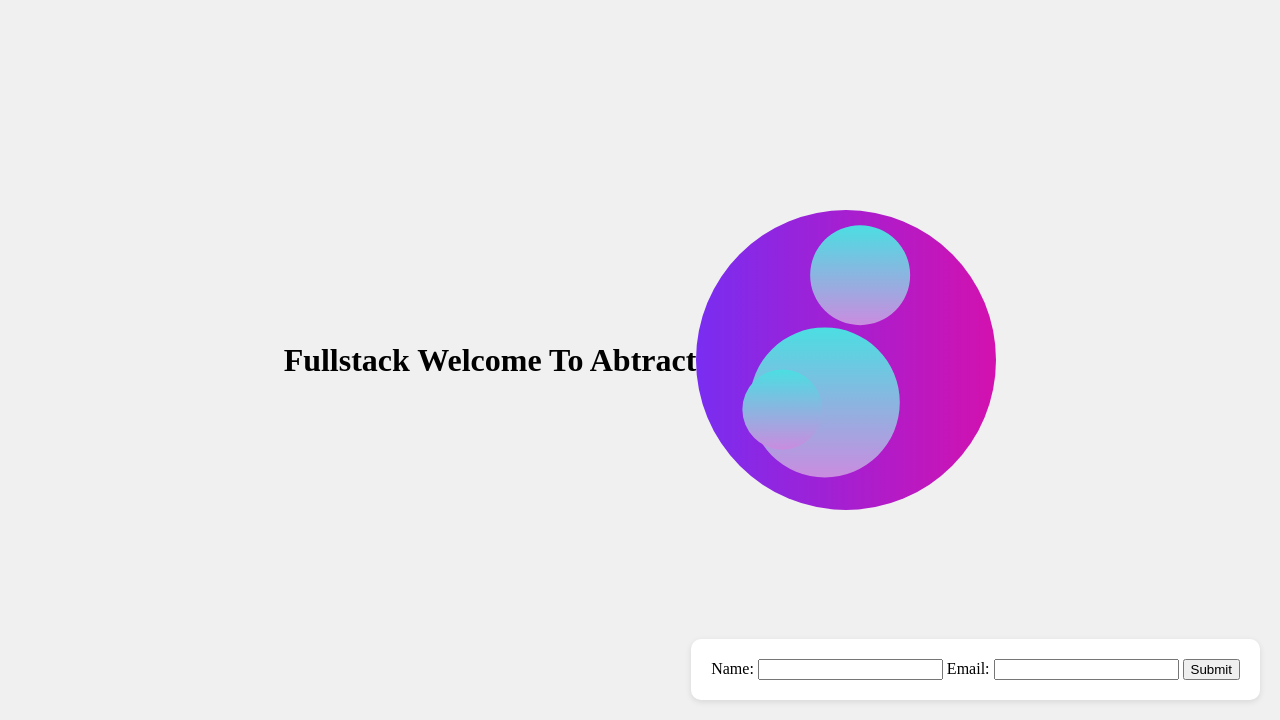
Repository: Melinda-Nanjad-Personal-Website/Personal-web
Page: picasso.html
These files come from the project's save history. The page is drawn as it stood at one moment and after the next save; the edit follows.
The browser window is 1280 px wide. The pictures show the whole page.

Above is the page before, as saved 2023-08-18 13:12:47.

### picasso.html
<!DOCTYPE html>
<html lang="en">
  <head>
    <meta charset="UTF-8" />
    <meta name="viewport" content="width=device-width, initial-scale=1.0" />
    <title>Document</title>
  </head>
  <link rel="stylesheet" href="picasso.css" />
  <body>
    <h1>Fullstack Welcome To Abtract</h1>

    <div class="artwork">
      <!-- Your abstract artwork goes here -->
    </div>

    <form class="interested-form" action="formsubmitted.html">
      <label for="name">Name:</label>
      <input type="text" id="name" name="name" required />

      <label for="email">Email:</label>
      <input type="email" id="email" name="email" required />

      <button type="submit">Submit</button>
    </form>
    <!DOCTYPE html>
    <html>
      <head>
        <title>Abstract Painting with CSS</title>
        <style>
          body {
            margin: 0;
            display: flex;
            align-items: center;
            justify-content: center;
            min-height: 100vh;
            background-color: #f0f0f0;
          }

          .abstract-painting {
            width: 300px;
            height: 300px;
            background: linear-gradient(45deg, #6633ff, #e60ba1);
            border-radius: 50%;
            position: relative;
            transform: rotate(45deg);
            overflow: hidden;
          }

          .circle {
            position: absolute;
            width: 100px;
            height: 100px;
            background: linear-gradient(-45deg, #e47bdf, #31efe2);
            border-radius: 50%;
          }

          .circle-1 {
            top: 30px;
            left: 50px;
          }

          .circle-2 {
            top: 120px;
            right: 60px;
            width: 150px;
            height: 150px;
          }

          .circle-3 {
            bottom: 30px;
            left: 100px;
            width: 80px;
            height: 80px;
          }

          /* Styling for the form */
          .interested-form {
            position: fixed;
            bottom: 20px;
            right: 20px;
            background-color: rgb(255, 255, 255);
            padding: 20px;
            border-radius: 10px;
            box-shadow: 0 2px 6px rgba(0, 0, 0, 0.1);
            z-index: 10; /* Ensure the form is on top */
          }
        </style>
      </head>
      <body>
        <div class="abstract-painting">
          <div class="circle circle-1"></div>
          <div class="circle circle-2"></div>
          <div class="circle circle-3"></div>
        </div>
      </body>
    </html>
  </body>
</html>

### picasso.css
/* Reset some default styles */
body,
h1,
h2,
p {
  margin: 0;
  padding: 0;
}

/* Create a container for the artwork */
.artwork {
  display: flex;
  justify-content: center;
  align-items: center;
  min-height: 100vh; /* Viewport height */
  background-color: #a74cd1;
}

.abstract-painting {
  width: 300px;
  height: 300px;
  background: linear-gradient(45deg, #29dedb, #008cba);
  border-radius: 50%;
  position: relative;
  transform: rotate(45deg);
  overflow: hidden;
}

.circle {
  position: absolute;
  width: 100px;
  height: 100px;
  background: linear-gradient(-45deg, #c951b3, #e23d88);
  border-radius: 50%;
}

.circle-1 {
  top: 30px;
  left: 50px;
}

.circle-2 {
  top: 120px;
  right: 60px;
  width: 150px;
  height: 150px;
}

.circle-3 {
  bottom: 30px;
  left: 100px;
  width: 80px;
  height: 80px;
}

/* Styling for the form */
.interested-form {
  position: fixed;
  bottom: 20px;
  right: 20px;
  background-color: rgb(255, 255, 255);
  padding: 20px;
  border-radius: 10px;
  box-shadow: 0 2px 6px rgba(0, 0, 0, 0.1);
  z-index: 10; /* Ensure the form is on top */
}

/* Apply responsive design using media queries */
@media screen and (max-width: 1680px) {
  .artwork {
    background-color: #eee;
  }
}

@media screen and (max-width: 1024px) {
  .interested-form {
    bottom: 10px;
    right: 10px;
  }
}

@media screen and (max-width: 480px) {
  .interested-form {
    bottom: 5px;
    right: 5px;
    padding: 10px;
  }
}

After the next save:
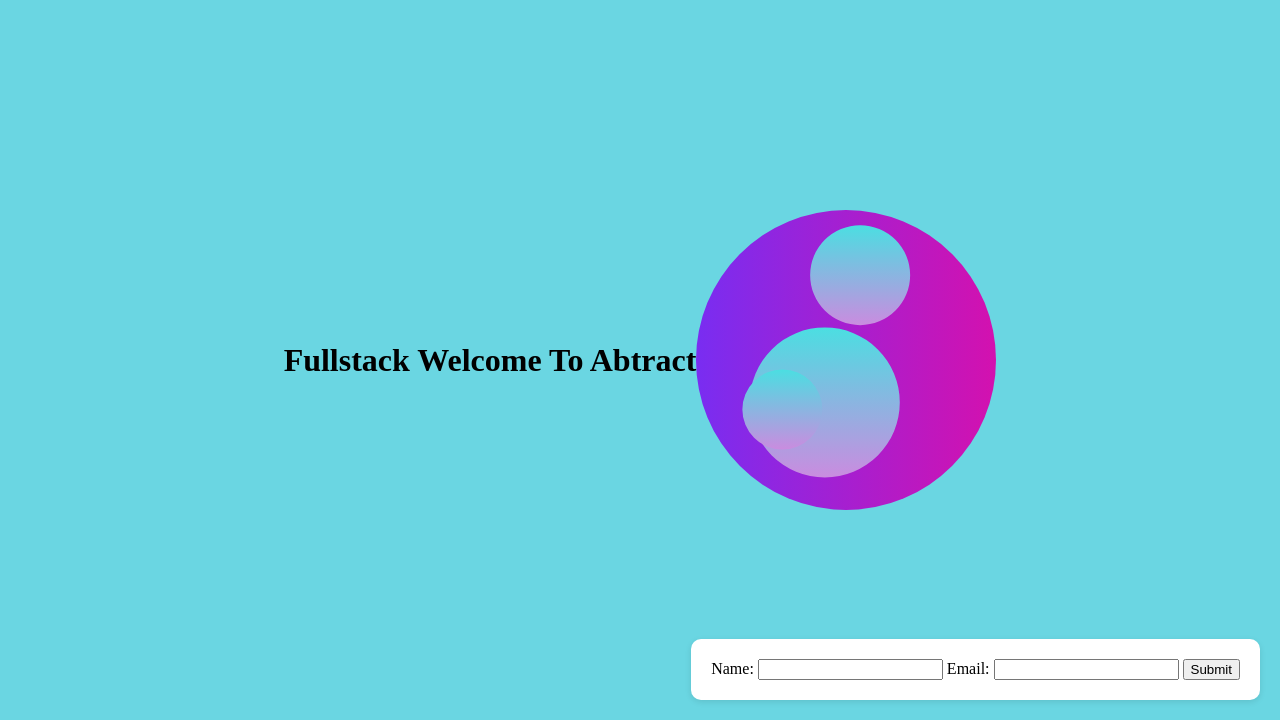
Saved 25 s later.
--- a/picasso.html
+++ b/picasso.html
@@ -33,7 +33,7 @@
             align-items: center;
             justify-content: center;
             min-height: 100vh;
-            background-color: #f0f0f0;
+            background-color: #6ad6e2;
           }
 
           .abstract-painting {
